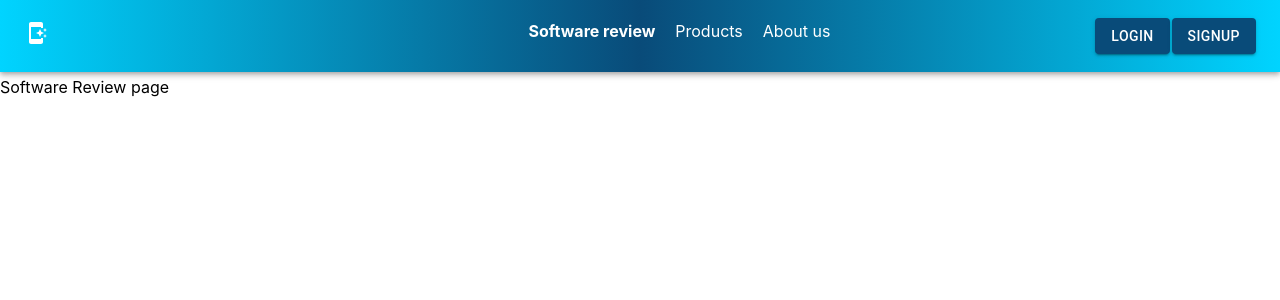
Repository: Alaa-M1/phoenix-products-reactjs-mui
Page: /
These files come from the project's save history. The page is drawn as it stood at one moment and after the next save; the edit follows.
The browser window is 1280 px wide. The pictures show the whole page.
The project was rebuilt for these pictures with package versions that can differ from the ones it lists, and the page was loaded fresh each time. Also part of the build but not shown: src/App.css, src/pages/Products/index.tsx, src/pages/AboutUs/index.tsx.

Above is the page before, as saved 2023-04-18 18:54:13.

### src/App.tsx
import React from "react";
import "./App.css";
import { Routes, Route } from "react-router-dom";
import SoftwareReview from "pages/SoftwareReview";
import Products from "pages/Products";
import AboutUs from "pages/AboutUs";
import AppLayout from "pages/AppLayout";
import { linksDetails } from "shared";

function App() {
  return (
    <Routes>
      <Route path="/" element={<AppLayout links={linksDetails} />}>
        <Route index element={<SoftwareReview />}></Route>
        <Route path="/products" element={<Products />}></Route>
        <Route path="/about-us" element={<AboutUs />}></Route>
      </Route>
    </Routes>
  );
}

export default App;

### src/pages/SoftwareReview/index.tsx
const SoftwareReview = () => {
  return <div>Software Review page</div>;
};

export default SoftwareReview;

### src/pages/AppLayout/index.tsx
import React from "react";
import {
  AppBar,
  Toolbar,
  Grid,
  Typography,
  Button,
  Box,
  useTheme,
  useMediaQuery,
} from "@mui/material";
import AppShortcutIcon from "@mui/icons-material/AppShortcut";
import { Outlet, useLocation } from "react-router-dom";
import { StyledLink, StyledNav, linksDetails } from "shared";
import { AppLayoutProps } from "./types";
import CustomDrawer from "./components/CustomDrawer";

const AppLayout = ({ links }: AppLayoutProps) => {
  const { pathname } = useLocation();
  const theme = useTheme();
  const isSmallScreen = useMediaQuery(theme.breakpoints.down("md"));
  return (
    <>
      <AppBar
        sx={{
          position: "relative",
          backgroundImage:
            "linear-gradient(90deg,rgba(0, 212, 255, 1) 0%,rgba(9, 75, 121, 1) 50%,rgba(0, 212, 255, 1) 100%)",
          marginBottom: "5px",
        }}
      >
        <Toolbar>
          <Grid container style={{ placeItems: "center" }}>
            <Grid item xs={2}>
              <Typography>
                <AppShortcutIcon />
              </Typography>
            </Grid>
            <Grid item xs={6}>
              <StyledNav>
                <ul>
                  {links.map((link, index) => (
                    <li key={index}>
                      <StyledLink
                        to={link.path}
                        isActive={pathname === link.path}
                      >
                        {link.label}
                      </StyledLink>
                    </li>
                  ))}
                </ul>
              </StyledNav>
            </Grid>
            <Grid item xs={1} />
            <Grid item xs={3}>
              <Box sx={{ display: "flex" }}>
                <Button
                  sx={{
                    marginLeft: "auto",
                    backgroundColor: "rgba(9,75,121,1)",
                  }}
                  variant="contained"
                >
                  Login
                </Button>
                <Button
                  sx={{
                    marginLeft: "2px",
                    backgroundColor: "rgba(9,75,121,1)",
                  }}
                  variant="contained"
                >
                  Signup
                </Button>
              </Box>
            </Grid>
          </Grid>
          <CustomDrawer links={linksDetails} isSmallScreen={isSmallScreen}/>
        </Toolbar>
      </AppBar>
      <main>
        <Outlet />
      </main>
    </>
  );
};

export default AppLayout;

### src/shared/index.ts
export * from './StyledNav';
export * from './StyledLink';
export * from './linksDetails';

### src/pages/AppLayout/components/CustomDrawer.tsx
import { CustomDrawerProps } from "../types";
import Drawer from "@mui/material/Drawer";
import {
  List,
  ListItemIcon,
  ListItemText,
  IconButton,
  Box,
  ListItemButton,
} from "@mui/material";
import { useState } from "react";
import MenuOutlinedIcon from "@mui/icons-material/MenuOutlined";
const CustomDrawer = ({ links, isSmallScreen }: CustomDrawerProps) => {
  const [open, setOpen] = useState(false);
  return (
    <>
      {isSmallScreen ? (
        <>
          <IconButton
            aria-label="Open menu drawer"
            onClick={() => setOpen(true)}
          >
            <MenuOutlinedIcon></MenuOutlinedIcon>
          </IconButton>

          <Drawer open={open} anchor="left" onClose={() => setOpen(false)}>
            <List>
              {links.map((link, index) => (
                <ListItemButton key={index}>
                  {/* <ListItemIcon>
                    <ReviewsIcon></ReviewsIcon>
                  </ListItemIcon> */}
                  <ListItemText>{link.label}</ListItemText>
                </ListItemButton>
              ))}
            </List>
          </Drawer>
        </>
      ) : null}
    </>
  );
};

export default CustomDrawer;

### src/shared/StyledNav.tsx
import styled from "styled-components";

const StyledNav = styled.nav`
padding: 5px;
display: flex;
margin-bottom: 10px;
ul {
  display: inline-block;
  width: auto;
  margin-left: auto;
}
li {
  margin-left: auto;
  display: inline-block;
  margin: 0px 10px;
  list-style: none;
}
`;

export {StyledNav}

### src/shared/StyledLink.tsx
import { Link, LinkProps } from "react-router-dom";
import styled from "styled-components";

type LinkComponentProps = LinkProps &
  React.RefAttributes<HTMLAnchorElement> & {
    isActive: boolean;
  };
const LinkComponent = (props: LinkComponentProps) => {
  return <Link {...props}></Link>;
};
const StyledLink = styled(LinkComponent)`
  font-weight: ${(p) => (p.isActive ? "bold" : "normal")};
  color:#fff;
  text-decoration: none;
  a {
    text-decoration: none;
  }
`;

export { StyledLink };

### src/shared/linksDetails.ts
import { LinkInfo } from "types";

export const linksDetails: Array<LinkInfo> = [
    { label: "Software review", path: "/" },
    { label: "Products", path: "/products" },
    { label: "About us", path: "/about-us" },
  ];

Loaded but not shown: public/index.html (common file); src/index.tsx (common file); src/index.css (common file); src/reportWebVitals.ts (common file)

After the next save:
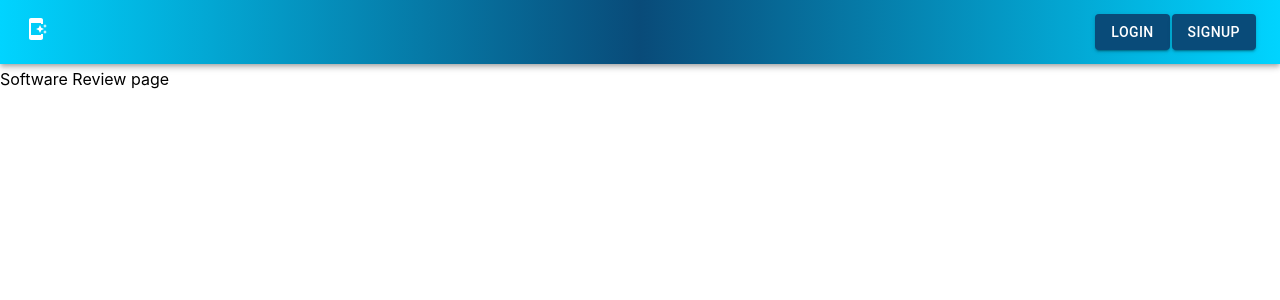
Saved 94 s later.
--- a/src/pages/AppLayout/index.tsx
+++ b/src/pages/AppLayout/index.tsx
@@ -37,20 +37,22 @@
               </Typography>
             </Grid>
             <Grid item xs={6}>
-              <StyledNav>
-                <ul>
-                  {links.map((link, index) => (
-                    <li key={index}>
-                      <StyledLink
-                        to={link.path}
-                        isActive={pathname === link.path}
-                      >
-                        {link.label}
-                      </StyledLink>
-                    </li>
-                  ))}
-                </ul>
-              </StyledNav>
+              {isSmallScreen && (
+                <StyledNav>
+                  <ul>
+                    {links.map((link, index) => (
+                      <li key={index}>
+                        <StyledLink
+                          to={link.path}
+                          isActive={pathname === link.path}
+                        >
+                          {link.label}
+                        </StyledLink>
+                      </li>
+                    ))}
+                  </ul>
+                </StyledNav>
+              )}
             </Grid>
             <Grid item xs={1} />
             <Grid item xs={3}>
@@ -76,7 +78,7 @@
               </Box>
             </Grid>
           </Grid>
-          <CustomDrawer links={linksDetails} isSmallScreen={isSmallScreen}/>
+          <CustomDrawer links={linksDetails} isSmallScreen={isSmallScreen} />
         </Toolbar>
       </AppBar>
       <main>

After the save that followed:
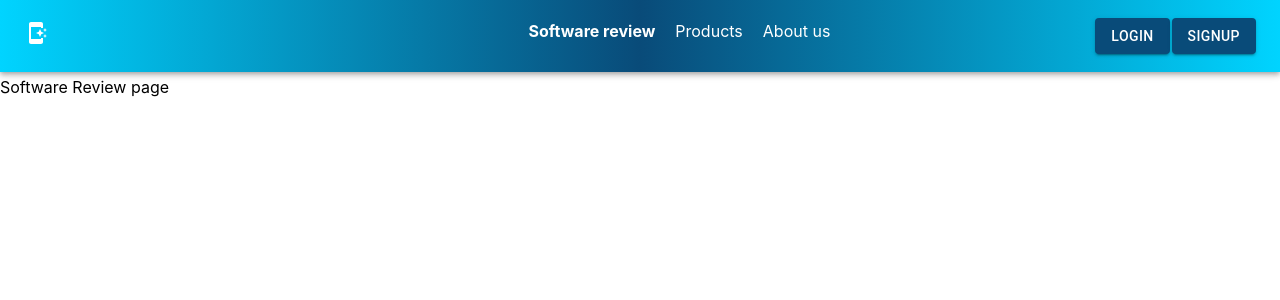
Saved 11 s later.
--- a/src/pages/AppLayout/index.tsx
+++ b/src/pages/AppLayout/index.tsx
@@ -37,7 +37,7 @@
               </Typography>
             </Grid>
             <Grid item xs={6}>
-              {isSmallScreen && (
+              {! isSmallScreen && (
                 <StyledNav>
                   <ul>
                     {links.map((link, index) => (
